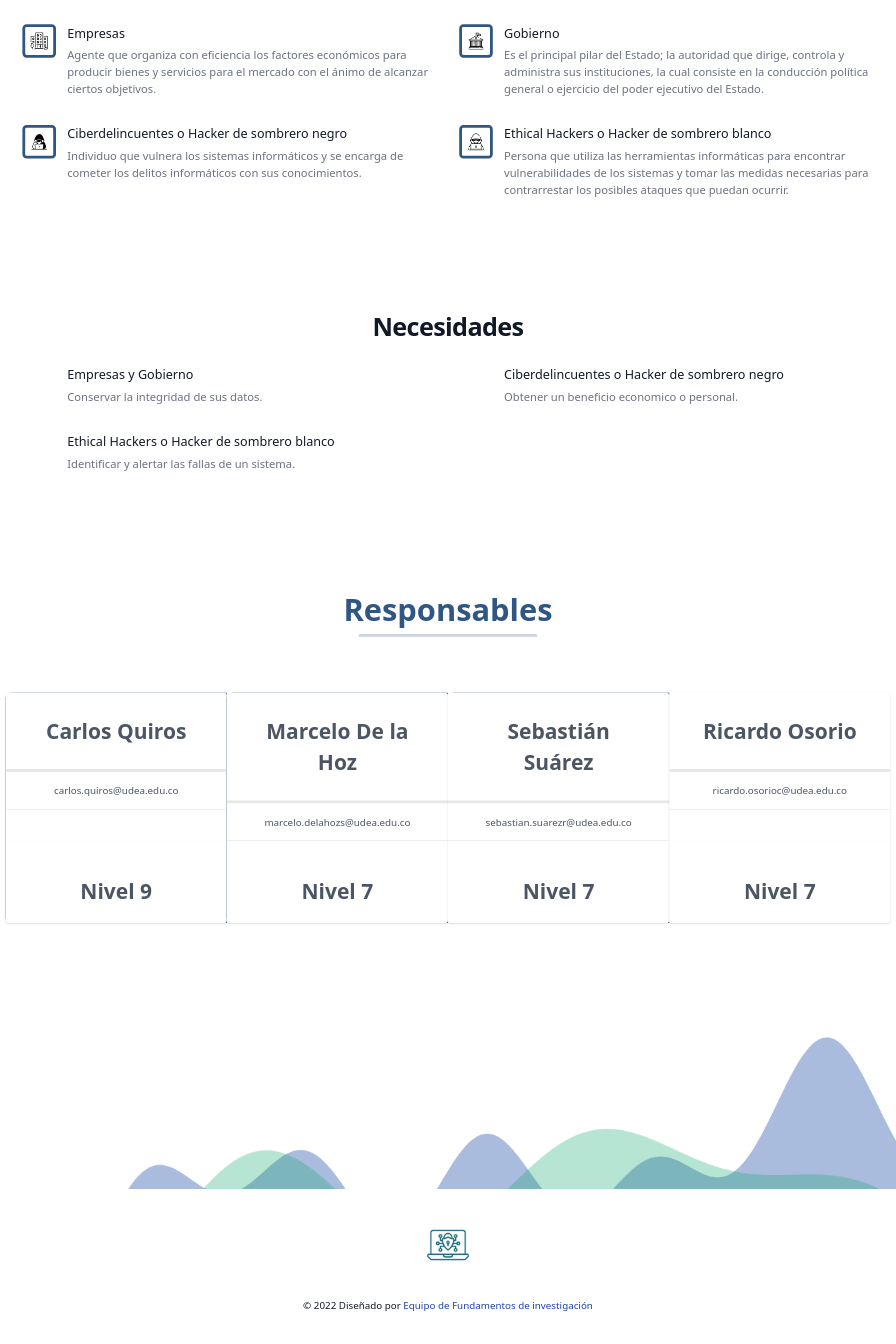
Repository: cardacar/fdi-2022
Page: /
These files come from the project's save history. The page is drawn as it stood at one moment and after the next save; the edit follows.
The browser window is 1280 px wide. The pictures show the part of the page from y = 3122 to 5042 px (the page is 5042 px tall), at 70% of full size.
The project was rebuilt for these pictures with package versions that can differ from the ones it lists, and the page was loaded fresh each time. The framework's server and built-in components were replaced by stand-ins that run in the browser. Also part of the build but not shown: next.config.js.

Above is the page before, as saved 2022-08-07 16:12:45.

### src/pages/index.tsx
import React from 'react';

import About from '../components/About';
import Canvas from '../components/Canvas';
import Features from '../components/Features';
import Header from '../components/Header';
import LazyShow from '../components/LazyShow';
import MainHero from '../components/MainHero';
import MainHeroImage from '../components/MainHeroImage';
import Pricing from '../components/Pricing';
import Product from '../components/Product';
import Necesidad from '../components/Necesidad';

const App = () => {
  return (
    <div className={`bg-background grid gap-y-16 overflow-hidden`}>
      <div className={`relative bg-background`}>
        <div className="max-w-7xl mx-auto">
          <div
            className={`relative z-10 pb-8 bg-background sm:pb-16 md:pb-20 lg:max-w-2xl lg:w-full lg:pb-28 xl:pb-32`}
          >
            <Header />
            <MainHero />
          </div>
        </div>
        <MainHeroImage />
      </div>
      <Canvas />
      <LazyShow>
        <>
          <Product />
          <Canvas />
        </>
      </LazyShow>
      <LazyShow>
        <>
          <Features />

        </>
      </LazyShow>
      <LazyShow>
        <>
          <Necesidad />

        </>
      </LazyShow>

      <LazyShow>
        <Pricing />
      </LazyShow>
      <LazyShow>
        <>
          <Canvas />
          <About />
        </>
      </LazyShow>
    </div>
  );
};

export default App;

### src/styles/main.css
@tailwind base;
@tailwind components;
@tailwind utilities;


:root {
  --color-primary: #11626D;
  --color-secondary: #1F9BAD;
  --color-tertiaty: #99a0a3;
}

a {
  @apply text-blue-800;
}

a:hover {
  @apply border-b-2 border-blue-900;
}



.content p {
  @apply my-6;
}

.content ul {
  @apply my-6;
}

### src/utils/AppConfig.ts
export const AppConfig = {
  site_name: 'FDICIA',
  title: 'Cómo influye la Inteligencia Artificial a la ciberseguridad en las empresas Colombianas',
  description: '',
  locale: 'es',
};

### src/components/About.tsx
import React from 'react';

import config from '../config/index.json';

const About = () => {
  const { company } = config;
  const { logo, name: companyName } = company;


  return (
    <div
      id="about"
      className="mx-auto container xl:px-20 lg:px-12 sm:px-6 px-4 py-12"
    >
      <div className="flex flex-col items-center justify-center">
        <div>
          <img src={logo} alt={companyName} className="w-16 h-16" style={{color: 'red'}}/>
        </div>
        <div className="flex items-center mt-6">
          <p className="mt-6 text-xs lg:text-sm leading-none text-gray-900 dark:text-gray-50">
            &copy; {new Date().getFullYear()} Diseñado por{' '}
            <a href="#" rel="nofollow">
              Equipo de Fundamentos de investigación
            </a>
          </p>
        </div>
      </div>
    </div>
  );
};
export default About;

### src/components/Canvas.tsx
import { useRef, FC, useEffect, useState } from 'react';

import { CanvasContext } from '../hooks/useCanvas';
import useResponsiveSize from '../hooks/useResponsiveSize';
import Wave from './Wave';

const Canvas: FC = () => {
  const canvasRef = useRef<HTMLCanvasElement>(null);
  const { width } = useResponsiveSize();
  const [context, setContext] = useState<
    CanvasRenderingContext2D | undefined
  >();

  useEffect(() => {
    const ctx = canvasRef?.current?.getContext('2d');
    if (ctx) setContext(ctx);
  }, []);

  return (
    <>
      <CanvasContext.Provider value={{ context }}>
        <canvas id="canvas" ref={canvasRef} width={width} height={220}></canvas>
        <Wave />
      </CanvasContext.Provider>
    </>
  );
};

export default Canvas;

### src/components/Features.tsx
import React from 'react';

import config from '../config/index.json';

const Features = () => {
  const { features } = config;
  const { title, subtitle, description, items: featuresList } = features;
  return (
    <div className={`py-12 bg-background`} id="features">
      <div className="max-w-7xl mx-auto px-4 sm:px-6 lg:px-8">
        <div className="lg:text-center">
          <h2
            className={`text-base text-primary font-semibold tracking-wide uppercase`}
          >
            {title}
          </h2>
          <p className="mt-2 text-3xl leading-8 font-extrabold tracking-tight text-gray-900 sm:text-4xl">
            {subtitle}
          </p>
          <p className="mt-4 max-w-2xl text-xl text-gray-500 lg:mx-auto">
            {description}
          </p>
        </div>

        <div className="mt-10">
          <dl className="space-y-10 md:space-y-0 md:grid md:grid-cols-2 md:gap-x-8 md:gap-y-10">
            {featuresList.map((feature) => (
              <div key={feature.name} className="relative">
                <dt>
                  <div
                    className={`absolute flex items-center justify-center h-12 w-12 rounded-md bg-background text-tertiary border-primary border-4`}
                  >
                    <img
                      className={`inline-block h-6 w-6`}
                      src={feature.icon}
                      alt={feature.name}
                    />
                  </div>
                  <p className="ml-16 text-lg leading-6 font-medium text-gray-900">
                    {feature.name}
                  </p>
                </dt>
                <dd className="mt-2 ml-16 text-base text-gray-500">
                  {feature.description}
                </dd>
              </div>
            ))}
          </dl>
        </div>
      </div>
    </div>
  );
};

export default Features;

### src/components/Header.tsx
import React, { Fragment } from 'react';

import { Popover, Transition } from '@headlessui/react';
import { MenuIcon, XIcon } from '@heroicons/react/outline';
import { Link } from 'react-scroll';

import config from '../config/index.json';

const Menu = () => {
  const { navigation, company } = config;
  const { name: companyName, logo } = company;

  return (
    <>
      <svg
        className={`hidden lg:block absolute right-0 inset-y-0 h-full w-48 text-background transform translate-x-1/2`}
        fill="currentColor"
        viewBox="0 0 100 100"
        preserveAspectRatio="none"
        aria-hidden="true"
      >
        <polygon points="50,0 100,0 50,100 0,100" />
      </svg>

      <Popover>
        <div className="relative pt-6 px-4 sm:px-6 lg:px-8">
          <nav
            className="relative flex items-center justify-between sm:h-10 lg:justify-start"
            aria-label="Global"
          >
            <div className="flex items-center flex-grow flex-shrink-0 lg:flex-grow-0">
              <div className="flex items-center justify-between w-full md:w-auto">
                <a href="#">
                  <span className="sr-only">{companyName}</span>
                  <img alt="logo" className="h-16 w-auto sm:h-16" src={logo} />
                </a>
                <div className="-mr-2 flex items-center md:hidden">
                  <Popover.Button
                    className={`bg-background rounded-md p-2 inline-flex items-center justify-center text-gray-400 hover:text-gray-500 hover:bg-gray-100 focus:outline-none focus:ring-2 focus:ring-inset focus:ring-secondary`}
                  >
                    <span className="sr-only">Open main menu</span>
                    <MenuIcon className="h-6 w-6" aria-hidden="true" />
                  </Popover.Button>
                </div>
              </div>
            </div>
            <div className="hidden md:block md:ml-10 md:pr-4 md:space-x-8">
              {navigation.map((item) => (
                <Link
                  spy={true}
                  active="active"
                  smooth={true}
                  duration={1000}
                  key={item.name}
                  to={item.href}
                  className="font-medium text-gray-500 hover:text-gray-900"
                >
                  {item.name}
                </Link>
              ))}
            </div>
          </nav>
        </div>

        <Transition
          as={Fragment}
          enter="duration-150 ease-out"
          enterFrom="opacity-0 scale-95"
          enterTo="opacity-100 scale-100"
          leave="duration-100 ease-in"
          leaveFrom="opacity-100 scale-100"
          leaveTo="opacity-0 scale-95"
        >
          <Popover.Panel
            focus
            className="absolute z-10 top-0 inset-x-0 p-2 transition transform origin-top-right md:hidden"
          >
            <div
              className={`rounded-lg shadow-md bg-background ring-1 ring-black ring-opacity-5 overflow-hidden`}
            >
              <div className="px-5 pt-4 flex items-center justify-between">
                <div>
                  <img className="h-8 w-auto" src={logo} alt="" />
                </div>
                <div className="-mr-2">
                  <Popover.Button
                    className={`bg-background rounded-md p-2 inline-flex items-center justify-center text-gray-400 hover:text-gray-500 hover:bg-gray-100 focus:outline-none focus:ring-2 focus:ring-inset focus:ring-secondary`}
                  >
                    <span className="sr-only">Close main menu</span>
                    <XIcon className="h-6 w-6" aria-hidden="true" />
                  </Popover.Button>
                </div>
              </div>
              <div className="px-2 pt-2 pb-3 space-y-1">
                {navigation.map((item) => (
                  <Link
                    spy={true}
                    active="active"
                    smooth={true}
                    duration={1000}
                    key={item.name}
                    to={item.href}
                    className="block px-3 py-2 rounded-md text-base font-medium text-gray-700 hover:text-gray-900 hover:bg-gray-50"
                  >
                    {item.name}
                  </Link>
                ))}
              </div>

            </div>
          </Popover.Panel>
        </Transition>
      </Popover>
    </>
  );
};

export default Menu;

### src/components/LazyShow.tsx
import React, { MutableRefObject, useEffect, useRef, useState } from 'react';

import { motion, useAnimation } from 'framer-motion';

function useOnScreen(
  ref: MutableRefObject<HTMLDivElement | null>,
  rootMargin = '0px'
) {
  const [isIntersecting, setIntersecting] = useState(false);

  useEffect(() => {
    let currentRef: any = null;
    const observer = new IntersectionObserver(
      ([entry]) => {
        if (entry?.isIntersecting) setIntersecting(entry?.isIntersecting);
      },
      {
        rootMargin,
      }
    );
    if (ref && ref?.current) {
      currentRef = ref.current;
      observer.observe(currentRef);
    }
    return () => {
      observer.unobserve(currentRef);
    };
  }, [ref, rootMargin]); // Empty array ensures that effect is only run on mount and unmount

  return isIntersecting;
}

const LazyShow = ({ children }: { children: React.ReactChild }) => {
  const controls = useAnimation();
  const rootRef = useRef<HTMLDivElement>(null);
  const onScreen = useOnScreen(rootRef);
  useEffect(() => {
    if (onScreen) {
      controls.start({
        x: 0,
        opacity: 1,
        transition: {
          duration: 0.5,
          ease: 'easeOut',
        },
      });
    }
  }, [onScreen, controls]);
  return (
    <motion.div
      className="lazy-div"
      ref={rootRef}
      initial={{ opacity: 0, x: -50 }}
      animate={controls}
    >
      {children}
    </motion.div>
  );
};

export default LazyShow;

### src/components/MainHero.tsx
import React from 'react';

import config from '../config/index.json';

const MainHero = () => {
  const { mainHero } = config;
  return (
    <main className="mt-10 mx-auto max-w-7xl px-4 sm:mt-12 sm:px-6 md:mt-16 lg:mt-20 lg:px-8 xl:mt-28">
      <div className="sm:text-center lg:text-left">
        <h1 className="text-4xl tracking-tight font-extrabold text-gray-900 sm:text-5xl md:text-6xl">
          <span className="block xl:inline">{mainHero.title}</span>{' '}
          <span className={`block text-primary xl:inline`}>
            {mainHero.subtitle}
          </span>
        </h1>
        <p className="mt-3 text-base text-gray-500 sm:mt-5 sm:text-lg sm:max-w-xl sm:mx-auto md:mt-5 md:text-xl lg:mx-0">
          {mainHero.description}
        </p>
      </div>
    </main>
  );
};

export default MainHero;

### src/components/Product.tsx
import React from "react";

import config from "../config/index.json";
import Divider from "./Divider";

const Product = () => {
  const { product } = config;
  const [firstItem, secondItem] = product.items;

  return (
    <section className={`bg-background py-8`} id="product">
      <div className={`container max-w-5xl mx-auto m-8`}>
        <h1
          className={`w-full my-2 text-5xl font-bold leading-tight text-center text-primary`}
        >
          {product.title.split(" ").map((word, index) => (
            <span
              key={index}
              className={index % 2 ? "text-primary" : "text-border"}
            >
              {word}{" "}
            </span>
          ))}
        </h1>
        <Divider />
        <div className={`flex flex-wrap`}>
          <div className={`w-5/6 sm:w-1/2 p-6 mt-20`}>
            <h3
              className={`text-3xl text-gray-800 font-bold leading-none mb-3`}
            >
              {firstItem?.title}
            </h3>
            <p className={`text-gray-600`}>{firstItem?.description}</p>
          </div>
          <div className={`w-full sm:w-1/2 p-6`}>
            <img
              className="h-6/6"
              src={firstItem?.img}
              alt={firstItem?.title}
            />
          </div>
        </div>
        <div className={`flex flex-wrap flex-col-reverse sm:flex-row`}>
          <div className={`w-full sm:w-1/2 p-6`}>
            <img
              className="h-6/6"
              src={secondItem?.img}
              alt={secondItem?.title}
            />
          </div>
          <div className={`w-full sm:w-1/2 p-6 mt-20`}>
            <div className={`align-middle`}>
              <h3
                className={`text-3xl text-gray-800 font-bold leading-none mb-3`}
              >
                {secondItem?.title}
              </h3>
              <p className={`text-gray-600 mb-8`}>{secondItem?.description}</p>
            </div>
          </div>
          <div className={`w-full p-6 mt-20 text-center`}>
            <div className={`align-middle`}>
              <h3
                className={`text-3xl text-gray-800 font-bold leading-none mb-3`}
              >
              </h3>
              <p className={`text-gray-600 mb-8 text-justify`}>
                Con el incremento en la cantidad de información que se maneja en
                la red en especial a nivel empresarial, se ve la necesidad de
                gestionar y controlar la seguridad de toda esta, velando por la
                automatización de muchos de estos procesos, para asi no agobiar
                y mantener al personal concentrado en los casos mas importante.
                Aqui es donde entra la inteligencia artificial,siendo una
                herramienta que permite la constante actualización de su uso,
                permite asumir una gran cantidad de tareas a la hora de mantener
                la seguridad de la información.<br></br><br></br> En cuanto a generar las fallas
                de seguridad, las mismas características que hacen a las IA una
                de las mejores herramientas para proteger información, las
                vuelven a su vez las más óptimas para penetrar en los sistemas
                de seguridad, además de que estas tienen una ventaja, la cual es
                que tú como defensor no puedes fallar nunca, pero como atacante
                no importa cuantas veces falles, dado que con solo una victoria,
                es la derrota total para la seguridad del sistema. Al ser las IA
                capaz de evolucionar con cada intento, las que tendrían más
                capacidad de desarrollo a lo largo del tiempo será la del
                atacante.
              </p>
            </div>
          </div>
        </div>
      </div>
    </section>
  );
};

export default Product;

### src/components/Necesidad.tsx
import React from 'react';

import config from '../config/index.json';

const Necesidad = () => {
  const { Necesidad } = config;
  const { title, subtitle, description, items: featuresList } = Necesidad;
  return (
    <div className={`py-12 bg-background`} id="necesidad">
      <div className="max-w-7xl mx-auto px-4 sm:px-6 lg:px-8">
        <div className="lg:text-center">
          <h2
            className={`text-base text-primary font-semibold tracking-wide uppercase`}
          >
            {title}
          </h2>
          <p className="mt-2 text-3xl leading-8 font-extrabold tracking-tight text-gray-900 sm:text-4xl">
            {subtitle}
          </p>
          <p className="mt-4 max-w-2xl text-xl text-gray-500 lg:mx-auto">
            {description}
          </p>
        </div>

        <div className="mt-10">
          <dl className="space-y-10 md:space-y-0 md:grid md:grid-cols-2 md:gap-x-8 md:gap-y-10">
            {featuresList.map((feature) => (
              <div key={feature.name} className="relative">
                <dt>
                  <p className="ml-16 text-lg leading-6 font-medium text-gray-900">
                    {feature.name}
                  </p>
                </dt>
                <dd className="mt-2 ml-16 text-base text-gray-500">
                  {feature.description}
                </dd>
              </div>
            ))}
          </dl>
        </div>
      </div>
    </div>
  );
};

export default Necesidad;

### src/components/Wave.tsx
import { FC } from 'react';

import { useCanvasContext } from '../hooks/useCanvas';
import useResponsiveSize from '../hooks/useResponsiveSize';
import WaveObj from '../utils/wave';

const Wave: FC = () => {
  const { context } = useCanvasContext();
  const { width } = useResponsiveSize();
  const height = 600;
  let frequency = 0.013;
  const waves = {
    frontWave: new WaveObj([0.0211, 0.028, 0.015], 'rgb(44, 89, 171, 0.4)'),
    backWave: new WaveObj([0.0122, 0.018, 0.005], 'rgb(17, 169, 111, 0.3)'),
  };

  const render = () => {
    context?.clearRect(0, 0, width, height);
    Object.entries(waves).forEach(([, wave]) => {
      wave.draw(context!, width, height, frequency);
    });
    frequency += 0.013;
    requestAnimationFrame(render);
  };
  if (context) render();
  return null;
};

export default Wave;

Loaded but not shown: src/pages/_app.tsx (common file); src/pages/_document.tsx (common file); src/components/MainHeroImage.tsx (common file); src/hooks/useCanvas.ts (common file); src/hooks/useResponsiveSize.ts (common file); src/components/Divider.tsx (common file); src/utils/wave.ts (common file); src/config/index.json (126 lines, source omitted); tailwind.config.js (46 lines, source omitted); src/components/Pricing.tsx (156 lines, source omitted)

After the next save:
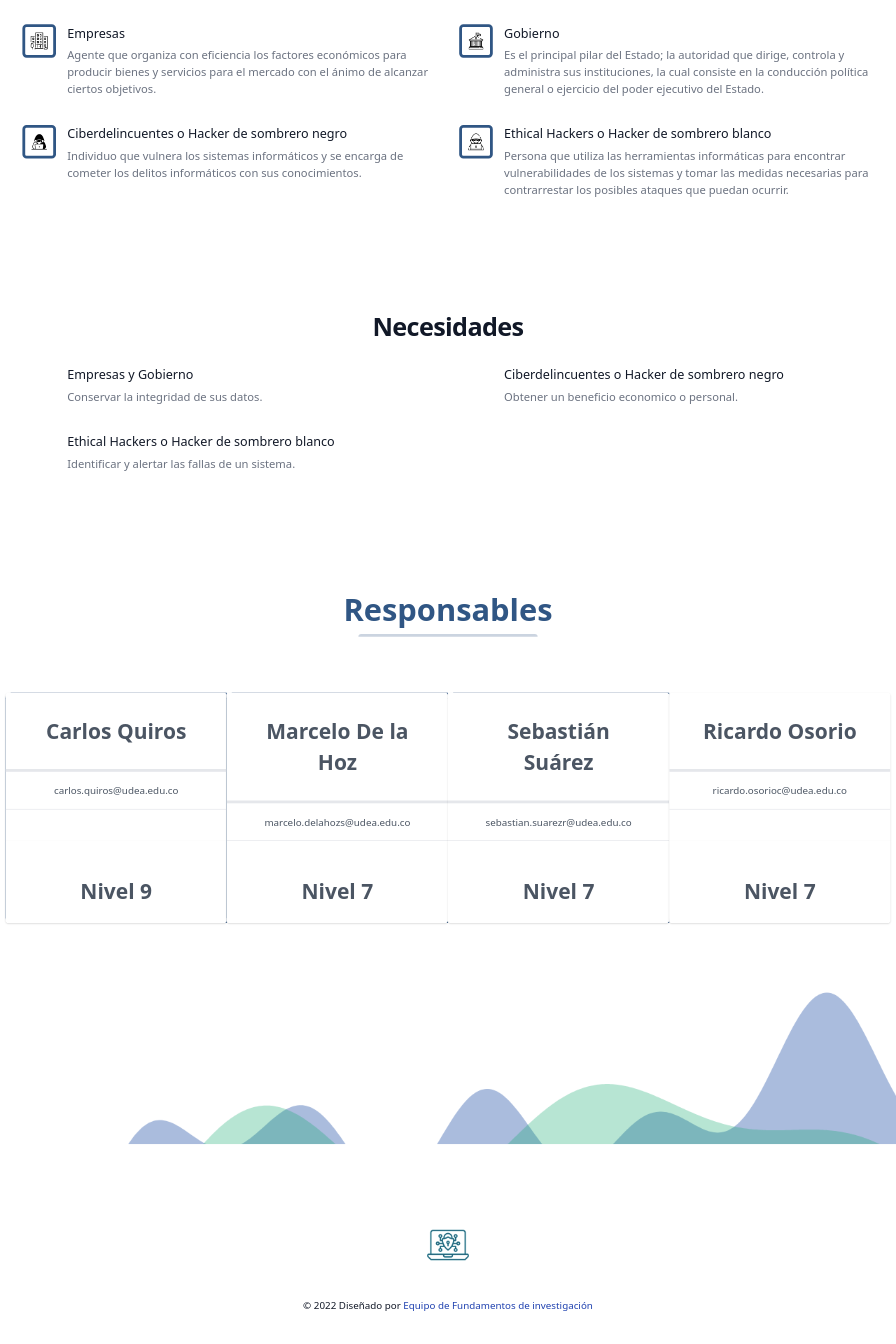
Saved 29 s later.
--- a/src/pages/index.tsx
+++ b/src/pages/index.tsx
@@ -47,10 +47,11 @@ const App = () => {
 
       <LazyShow>
         <Pricing />
+
+          <Canvas />
       </LazyShow>
       <LazyShow>
         <>
-          <Canvas />
           <About />
         </>
       </LazyShow>
